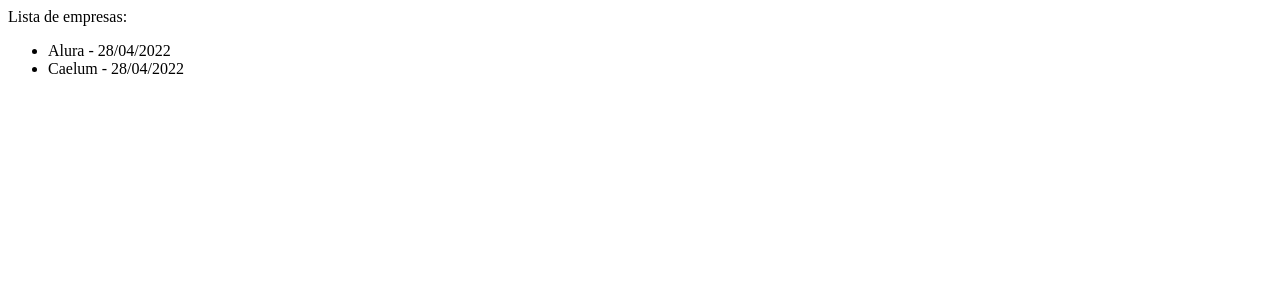
Repository: carolruo/alura-formacao-backend
Page: http://localhost/gerenciador/listaEmpresas
These files come from the project's save history. The page is drawn as it stood at one moment and after the next save; the edit follows.
The browser window is 1280 px wide. The pictures show the whole page.
The page is served by Tomcat 9.

Above is the page before, as saved 2022-05-03 12:18:10.

After the next save:
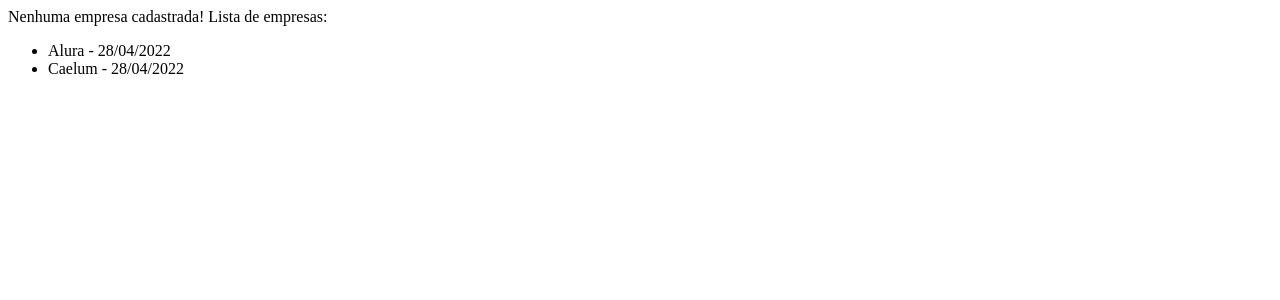
Saved 41 s later.
--- a/java-servlets/gerenciador/WebContent/listaEmpresas.jsp
+++ b/java-servlets/gerenciador/WebContent/listaEmpresas.jsp
@@ -10,6 +10,14 @@
 <title>Insert title here</title>
 </head>
 <body>
+
+		<c:if test="${not empty empresa}">
+			Empresa ${empresa} cadastrada com sucesso!
+		</c:if>
+		<c:if test="${empty empresa}">
+			Nenhuma empresa cadastrada!
+		</c:if>
+
     Lista de empresas: <br />
     <ul>
     	<c:forEach items="${empresas}" var="empresa">
